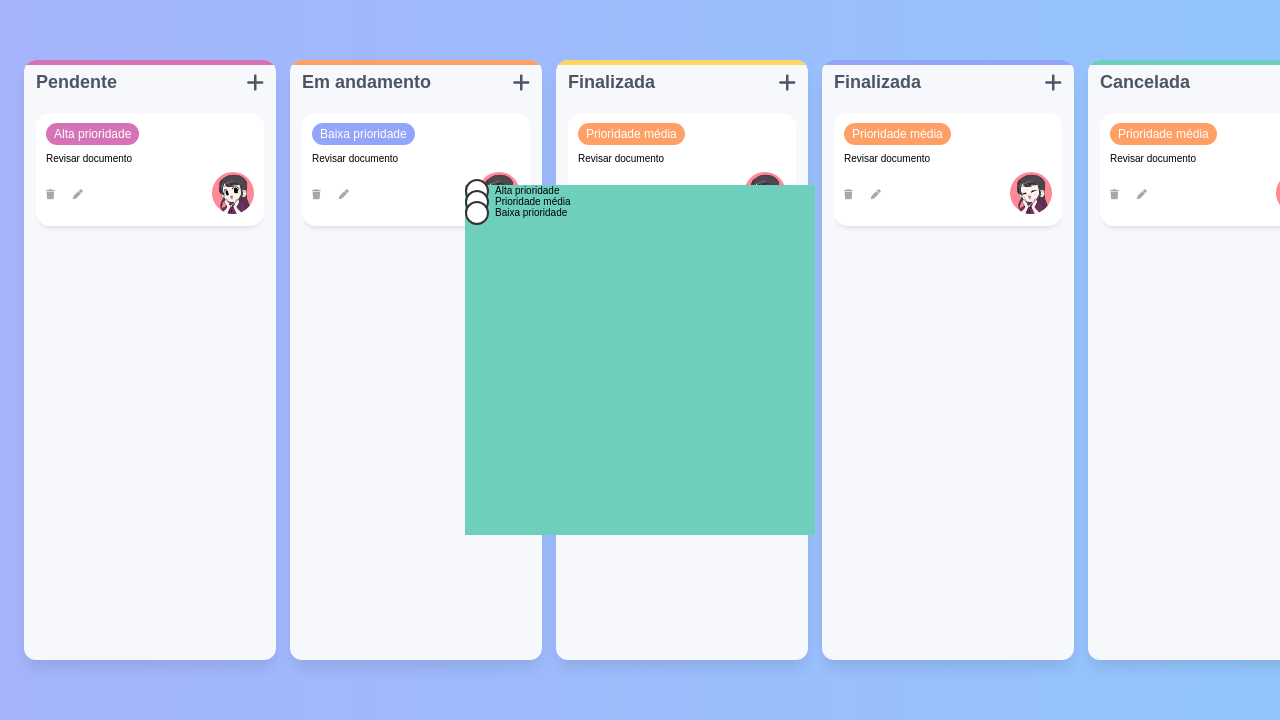
Repository: Marinalr-25/ProjetoToDoList
Page: index.html
An editor plug-in stored every save of this project. The page is shown before and after the next save, followed by the edit.
The browser window is 1280 px wide. The pictures show the whole page.
Some web fonts or font styles are not loaded; a fallback is used. Some web libraries are served in a nearby version.

Above is the page before, as saved 2024-10-31 15:45:51.

### index.html
<!DOCTYPE html>
<html lang="pt-BR">
  <head>
    <meta charset="UTF-8" />
    <meta name="viewport" content="width=device-width, initial-scale=1.0" />
    <link rel="preconnect" href="https://fonts.googleapis.com" />
    <link rel="preconnect" href="https://fonts.gstatic.com" crossorigin />
    <link
      href="https://fonts.googleapis.com/css2?family=Playpen+Sans:wght@100..800&family=Roboto:ital,wght@0,100;0,300;0,400;0,500;0,700;0,900;1,100;1,300;1,400;1,500;1,700;1,900&display=swap"
      rel="stylesheet"
    />
    <link
      rel="stylesheet"
      href="https://cdnjs.cloudflare.com/ajax/libs/font-awesome/6.6.0/css/all.min.css"
      integrity="sha512-Kc323vGBEqzTmouAECnVceyQqyqdsSiqLQISBL29aUW4U/M7pSPA/gEUZQqv1cwx4OnYxTxve5UMg5GT6L4JJg=="
      crossorigin="anonymous"
      referrerpolicy="no-referrer"
    />
    <link rel="stylesheet" href="css/style.css" />
    <title>Suas tarefas</title>
  </head>
  <body>
    <main class="kanban">
      <!-- coluna 1 -->
      <div class="kanban-column" data-id="1">
        <div class="kanban-title">
          <h2>Pendente</h2>
          <button class="add-card"><i class="fa-solid fa-plus"></i></button>
        </div>
        <div class="kanban-cards">
          <div class="kanban-card" draggable="true">
            <div class="badge high">
              <span>Alta prioridade</span>
            </div>
            <p class="card-title">Revisar documento</p>
            <div class="card-infos">
              <div class="card-icons">
                <p>
                  <i class="fa-solid fa-trash"></i>
                </p>
                <p>
                  <i class="fa-solid fa-pen"></i>
                </p>
              </div>
              <div class="user">
                <img src="images/iconePerfil1.png" alt="avatar1" />
              </div>
            </div>
          </div>
        </div>
      </div>
      <!-- coluna 2 -->
      <div class="kanban-column" data-id="2">
        <div class="kanban-title">
          <h2>Em andamento</h2>
          <button class="add-card"><i class="fa-solid fa-plus"></i></button>
        </div>
        <div class="kanban-cards">
          <div class="kanban-card" draggable="true">
            <div class="badge low">
              <span>Baixa prioridade</span>
            </div>
            <p class="card-title">Revisar documento</p>
            <div class="card-infos">
              <div class="card-icons">
                <p>
                  <i class="fa-solid fa-trash"></i>
                </p>
                <p>
                  <i class="fa-solid fa-pen"></i>
                </p>
              </div>
              <div class="user">
                <img src="images/iconePerfil2.png" alt="avatar2" />
              </div>
            </div>
          </div>
        </div>
      </div>
      <!-- coluna 3 -->
      <div class="kanban-column" data-id="3">
        <div class="kanban-title">
          <h2>Finalizada</h2>
          <button class="add-card"><i class="fa-solid fa-plus"></i></button>
        </div>
        <div class="kanban-cards">
          <div class="kanban-card" draggable="true">
            <div class="badge medium">
              <span>Prioridade média</span>
            </div>
            <p class="card-title">Revisar documento</p>
            <div class="card-infos">
              <div class="card-icons">
                <p>
                  <i class="fa-solid fa-trash"></i>
                </p>
                <p>
                  <i class="fa-solid fa-pen"></i>
                </p>
              </div>
              <div class="user">
                <img src="images/iconePerfil2.png" alt="avatar2" />
              </div>
            </div>
          </div>
        </div>
      </div>
      <!-- coluna 4 -->
      <div class="kanban-column" data-id="4">
        <div class="kanban-title">
          <h2>Finalizada</h2>
          <button class="add-card"><i class="fa-solid fa-plus"></i></button>
        </div>
        <div class="kanban-cards">
          <div class="kanban-card" draggable="true">
            <div class="badge medium">
              <span>Prioridade média</span>
            </div>
            <p class="card-title">Revisar documento</p>
            <div class="card-infos">
              <div class="card-icons">
                <p>
                  <i class="fa-solid fa-trash"></i>
                </p>
                <p>
                  <i class="fa-solid fa-pen"></i>
                </p>
              </div>
              <div class="user">
                <img src="images/iconePerfil2.png" alt="avatar2" />
              </div>
            </div>
          </div>
        </div>
      </div>
      <!-- coluna 5 -->
      <div class="kanban-column" data-id="5">
        <div class="kanban-title">
          <h2>Cancelada</h2>
          <button class="add-card"><i class="fa-solid fa-plus"></i></button>
        </div>
        <div class="kanban-cards">
          <div class="kanban-card" draggable="true">
            <div class="badge medium">
              <span>Prioridade média</span>
            </div>
            <p class="card-title">Revisar documento</p>
            <div class="card-infos">
              <div class="card-icons">
                <p>
                  <i class="fa-solid fa-trash"></i>
                </p>
                <p>
                  <i class="fa-solid fa-pen"></i>
                </p>
              </div>
              <div class="user">
                <img src="images/iconePerfil2.png" alt="avatar2" />
              </div>
            </div>
          </div>
        </div>
      </div>

      <div class="adicionando">
        <div class="custom_radio">
          <label for="alta_prioridade">Alta prioridade</label>
          <input
            type="radio"
            name="prioridade"
            id="alta_prioridade"
            placeholder="Alta prioridade"
          />
        </div>
        <div class="custom_radio">
          <label for="media_prioridade">Prioridade média </label>
          <input
            type="radio"
            name="prioridade"
            id="media_prioridade"
            placeholder="Alta prioridade"
          />
        </div>
        <div class="custom_radio">
          <label for="baixa_prioridade">Baixa prioridade</label>
          <input
            type="radio"
            name="prioridade"
            id="baixa_prioridade"
            placeholder="Alta prioridade"
          />
        </div>
      </div>
    </main>
    <script src="javascript/script.js"></script>
  </body>
</html>

### css/style.css
* {
  padding: 0;
  margin: 0;
  box-sizing: border-box;
}

*::-webkit-scrollbar {
  width: 0.8rem;
}

*::-webkit-scrollbar-track {
  background-color: #eaeffa;
  border-radius: 0.8rem;
}
*::-webkit-scrollbar-thumb {
  background-color: #b7d3fb;
  border-radius: 2rem;
}

html {
  font-size: 62.5%;
}

body {
  font-family: 'Playpen Sans', sans-serif;
  min-height: 100vh;
  display: flex;
  justify-content: center;
  align-items: center;
  background: linear-gradient(90deg, #a5b4fc, #93c5fd);
}

.kanban {
  display: flex;
  gap: 1.4rem;
  padding: 2.4rem;
  width: 100%;
  height: 90vh;
  overflow-x: auto;
}

.kanban-column {
  display: flex;
  flex-direction: column;
  gap: 1.8rem;
  height: 100%;
  overflow-y: auto;
  background-color: #f6f8fc;
  border-radius: 1.2rem;
  box-shadow: 0 1rem 1.5rem -0.3rem rgba(0, 0, 0, 0.1);
  padding: 1.2rem;
  overflow: hidden;
  min-width: 25.2rem;
  position: relative;

  &::after {
    position: absolute;
    content: '';
    top: 0;
    left: 0;
    height: 0.5rem;
    width: 100%;
  }
  &[data-id='1']::after {
    background-color: #d573b6;
  }
  &[data-id='2']::after {
    background-color: #fea065;
  }
  &[data-id='3']::after {
    background-color: #fed565;
  }
  &[data-id='4']::after {
    background-color: #92a5fb;
  }
  &[data-id='5']::after {
    background-color: #6ed0bc;
  }
}

.kanban-title {
  display: flex;
  justify-content: space-between;

  & h2 {
    font-size: 1.8rem;
    color: #4b5563;
    font-weight: 600;
  }
}

.add-card {
  color: #4b5563;
  font-size: 2rem;
  background-color: transparent;
  cursor: pointer;
  border: none;
}

.kanban-cards {
  display: flex;
  flex-direction: column;
  gap: 0.8rem;
  height: 100%;
  overflow-x: hidden;
  overflow-y: auto;
}

.kanban-card {
  display: flex;
  flex-direction: column;
  gap: 0.8rem;
  background-color: #ffffff;
  padding: 1rem;
  border-radius: 1.4rem;
  box-shadow: 0 0.5rem 0.5rem -0.3rem rgba(0, 0, 0, 0.1);
  cursor: pointer;
}

.badge {
  color: #ffffff;
  width: fit-content;
  font-size: 1.2rem;
  padding: 0.4rem 0.8rem;
  border-radius: 1.2rem;

  &.high {
    background-color: #d573b6;
  }
  &.medium {
    background-color: #fea065;
  }
  &.low {
    background-color: #92a5fb;
  }
}

.dragging {
  opacity: 0.5;
}

.card-infos {
  display: flex;
  justify-content: space-between;
  align-items: center;
}
.card-icons {
  display: flex;
  gap: 1.8rem;
  & i {
    color: #a8a8aa;
  }
}

.cards-hover {
  background-color: #eaeffa;
  border-radius: 0.8rem;
}

.user img {
  width: 4.2rem;
  height: 4.2rem;
  border-radius: 100%;
  object-fit: cover;
}

.adicionando {
  position: fixed;
  top: 50%;
  left: 50%;
  transform: translate(-50%, -50%);
  width: 35rem;
  height: 35rem;
  background-color: #6ed0bc;
}

.custom_radio input[type='radio'] {
  display: none;
}

label {
  position: relative;
  padding-left: 3rem;
  cursor: pointer;
}

label::before {
  content: '';
  content: '';
  position: absolute;
  left: 0;
  top: 50%;
  transform: translateY(-50%);
  width: 20px;
  height: 20px;
  border: 2px solid #333; /* Cor da borda do círculo */
  border-radius: 50%;
  background-color: #fff; /* Cor do fundo do círculo */
  transition: background-color 0.3s ease;
}

input[type='radio']:checked + label::before {
  background-color: #333;
}

### javascript/script.js
document.addEventListener('DOMContentLoaded', function () {
  const cards = document.querySelectorAll('.kanban-card');
  const colunas = document.querySelectorAll('.kanban-cards');
  const mais = document.querySelectorAll('.fa-solid.fa-plus');
  console.log(mais);
  let dragCard = null;

  cards.forEach((card) => {
    card.addEventListener('dragstart', (e) => {
      dragCard = card;
      e.currentTarget.classList.add('dragging');
    });
    card.addEventListener('dragend', (e) => {
      e.currentTarget.classList.remove('dragging');
      dragCard = null;
    });
  });

  colunas.forEach((coluna) => {
    coluna.addEventListener('dragover', (e) => {
      e.preventDefault();
      e.currentTarget.classList.add('cards-hover');
    });
    coluna.addEventListener('dragleave', (e) => {
      e.currentTarget.classList.remove('cards-hover');
    });
    coluna.addEventListener('drop', (e) => {
      e.preventDefault();
      e.currentTarget.classList.remove('cards-hover');
      if (dragCard) {
        e.currentTarget.appendChild(dragCard);
      }
    });
  });

  mais.forEach((adicionar) => {
    adicionar.addEventListener;
  });
});

After the next save:
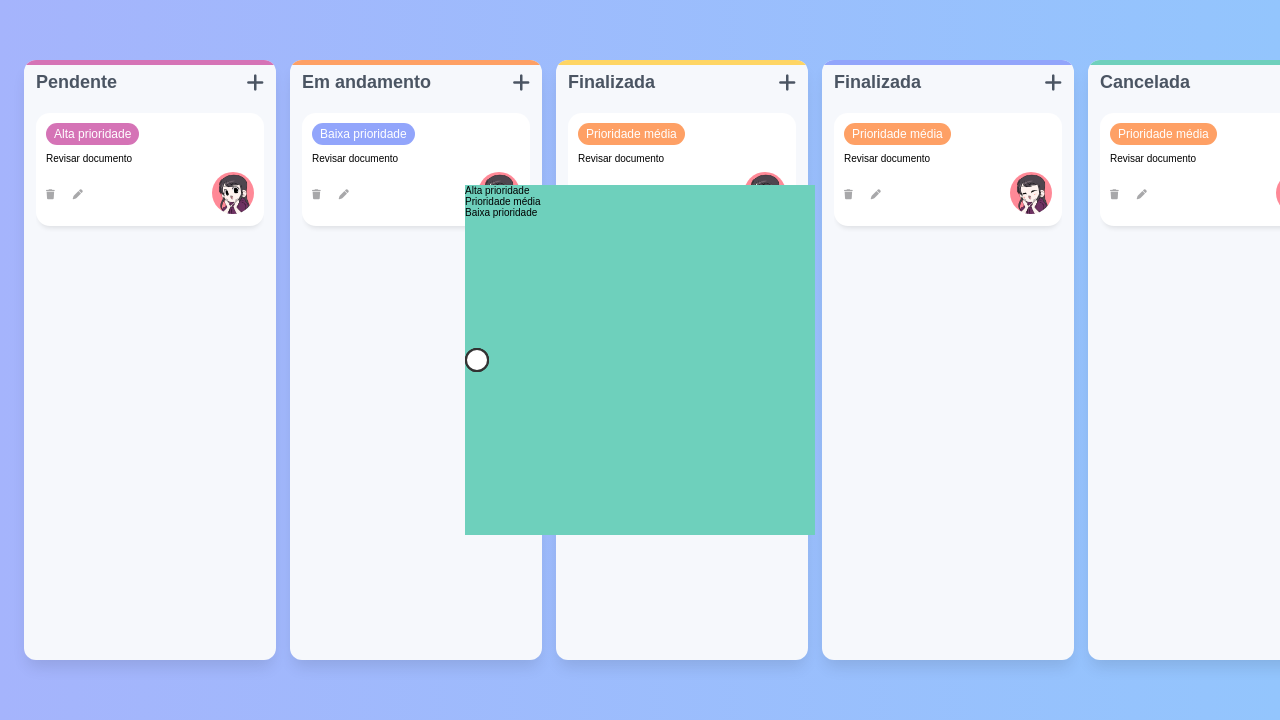
Saved 28 s later.
--- a/css/style.css
+++ b/css/style.css
@@ -178,10 +178,8 @@ body {
   display: none;
 }
 
-label {
-  position: relative;
-  padding-left: 3rem;
-  cursor: pointer;
+.custom_radio label {
+  display: inline-block;
 }
 
 label::before {
